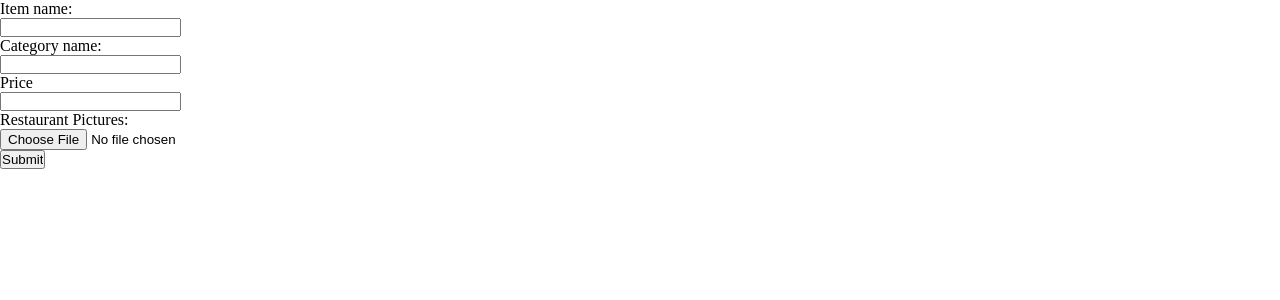
Repository: jatannoury/Ecommerce-Laravel-Electron
Page: Admin-electron/src/HTML/add_item.html
An editor plug-in stored every save of this project. The page is shown before and after the next save, followed by the edit.
The browser window is 1280 px wide. The pictures show the whole page.

Above is the page before, as saved 2022-06-10 22:26:25.

After the next save:
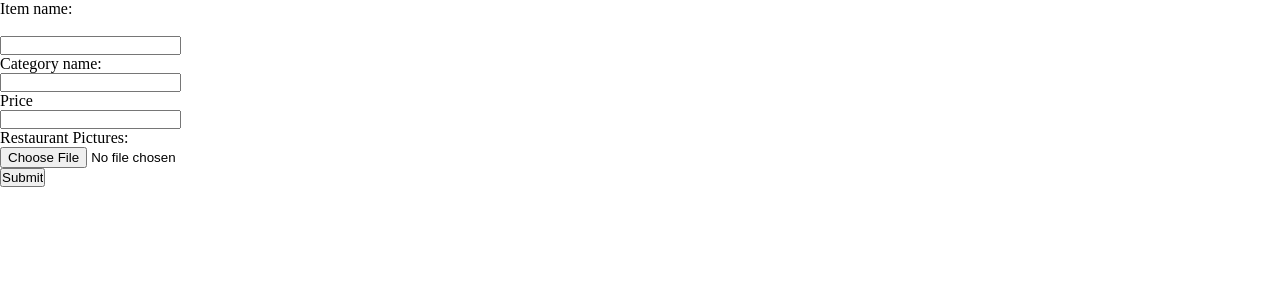
Saved 4 s later.
--- a/Admin-electron/src/HTML/add_item.html
+++ b/Admin-electron/src/HTML/add_item.html
@@ -9,7 +9,7 @@
 
     <body>
         <form action="/action_page.php">
-            <div for="item_name" class="one" id="item_name ">Item name:</label><br>
+            <div for="item_name" class="one" id="item_name ">Item name:</div><br>
             <input type="text"  name="fname" ><br>
             <label for="Category_name" id="Category_name">Category name:</label><br>
             <input type="text"  name="fname" ><br>
